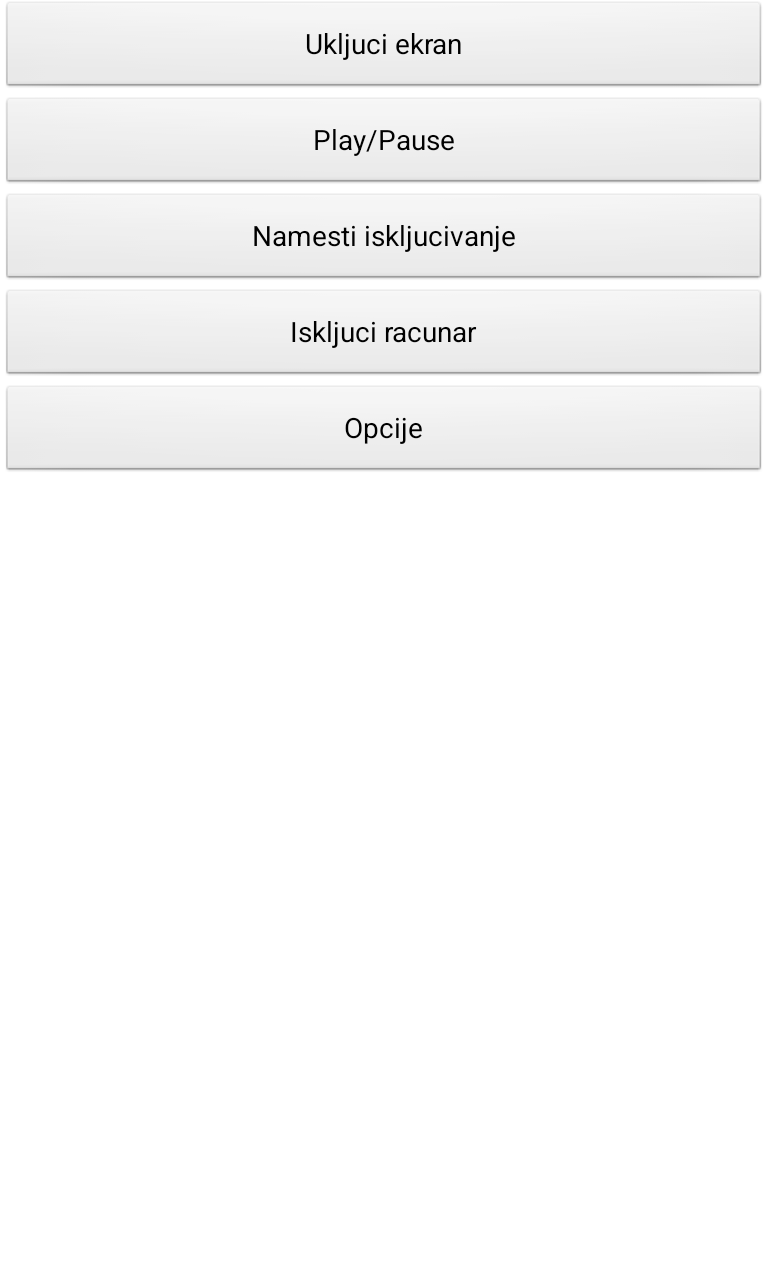
Repository: zivlakmilos/Remote_Control
Layout: RemoteControl1/AndroidRemoteControl/res/layout/main.xml
These files come from the project's save history. The layout is drawn as it stood at one moment and after the next save; the edit follows.
It is drawn on a 768 x 1280 px phone screen (xhdpi) without system bars, with theme AppTheme; the app's code is not run.

Above is the layout before, as saved 2015-06-29 11:40:38.

### RemoteControl1/AndroidRemoteControl/res/layout/main.xml
<?xml version="1.0" encoding="utf-8"?>
<LinearLayout xmlns:android="http://schemas.android.com/apk/res/android"
    android:layout_width="fill_parent"
    android:layout_height="fill_parent"
    android:orientation="vertical" >

    <Button
        android:id="@+id/btnScreenOn"
        android:layout_width="fill_parent"
        android:layout_height="wrap_content"
        android:text="Ukljuci ekran"
        />
    <Button
        android:id="@+id/btnPlayPause"
        android:layout_width="fill_parent"
        android:layout_height="wrap_content"
        android:text="Play/Pause"
        />
    <Button
        android:id="@+id/btnTurnOffDelay"
        android:layout_width="fill_parent"
        android:layout_height="wrap_content"
        android:text="Namesti iskljucivanje"/>
    <Button
        android:id="@+id/btnTurnOff"
        android:layout_width="fill_parent"
        android:layout_height="wrap_content"
        android:text="Iskljuci racunar"/>
    <Button
        android:id="@+id/btnOptions"
        android:layout_width="fill_parent"
        android:layout_height="wrap_content"
        android:text="Opcije"
        android:layout_marginBottom="1px"/>

</LinearLayout>

Loaded but not shown: RemoteControl1/AndroidRemoteControl/res/values/styles.xml (common file)

After the next save:
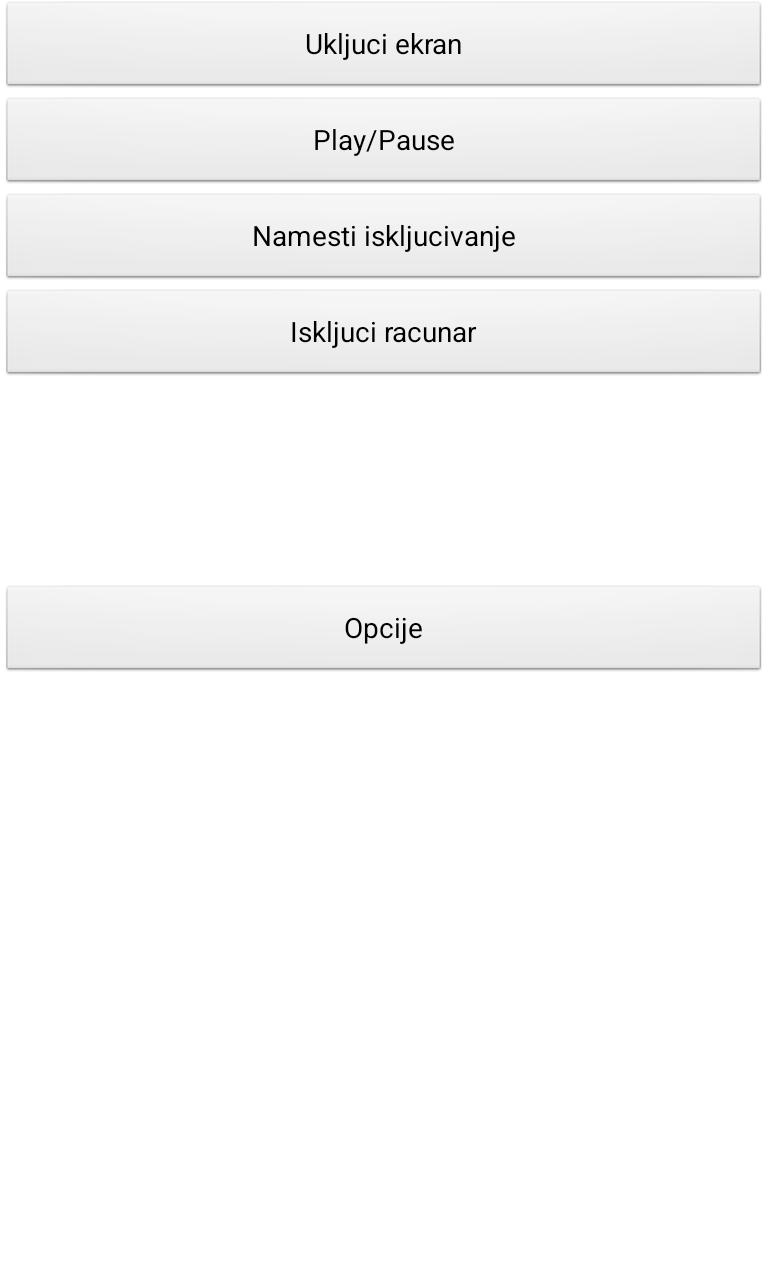
Saved 5 min 45 s later.
--- a/RemoteControl1/AndroidRemoteControl/res/layout/main.xml
+++ b/RemoteControl1/AndroidRemoteControl/res/layout/main.xml
@@ -31,6 +31,6 @@
         android:layout_width="fill_parent"
         android:layout_height="wrap_content"
         android:text="Opcije"
-        android:layout_marginBottom="1px"/>
+        android:layout_marginTop="100"/>
 
 </LinearLayout>
